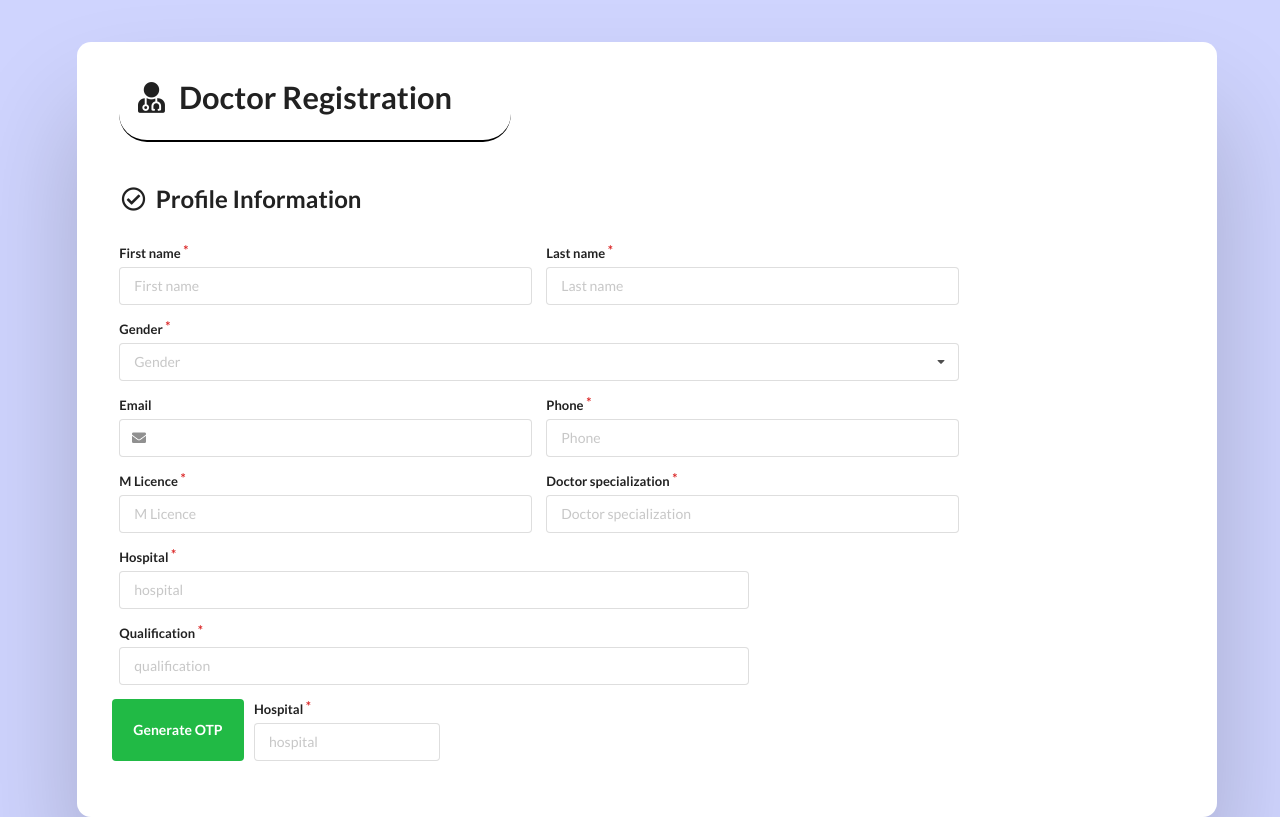
Repository: ajayaj2001/healthcare-digitization
Page: /doctorRegister
An editor plug-in stored every save of this project. The page is shown before and after the next save, followed by the edit.
The browser window is 1280 px wide. The pictures show the whole page.
The project was rebuilt for these pictures with package versions that can differ from the ones it lists, and the page was loaded fresh each time. Also part of the build but not shown: src/component/userType/UserType.scss, src/component/userType/UserType.js, src/component/login/Login.scss, src/component/login/loginForm/LoginForm.scss, src/component/login/loginForm/LoginForm.js, src/component/login/Login.js, src/component/register/Register.scss, src/component/register/registerForm/RegisterForm.scss and 2 more.

Above is the page before, as saved 2021-03-13 12:15:15.

After the next save:
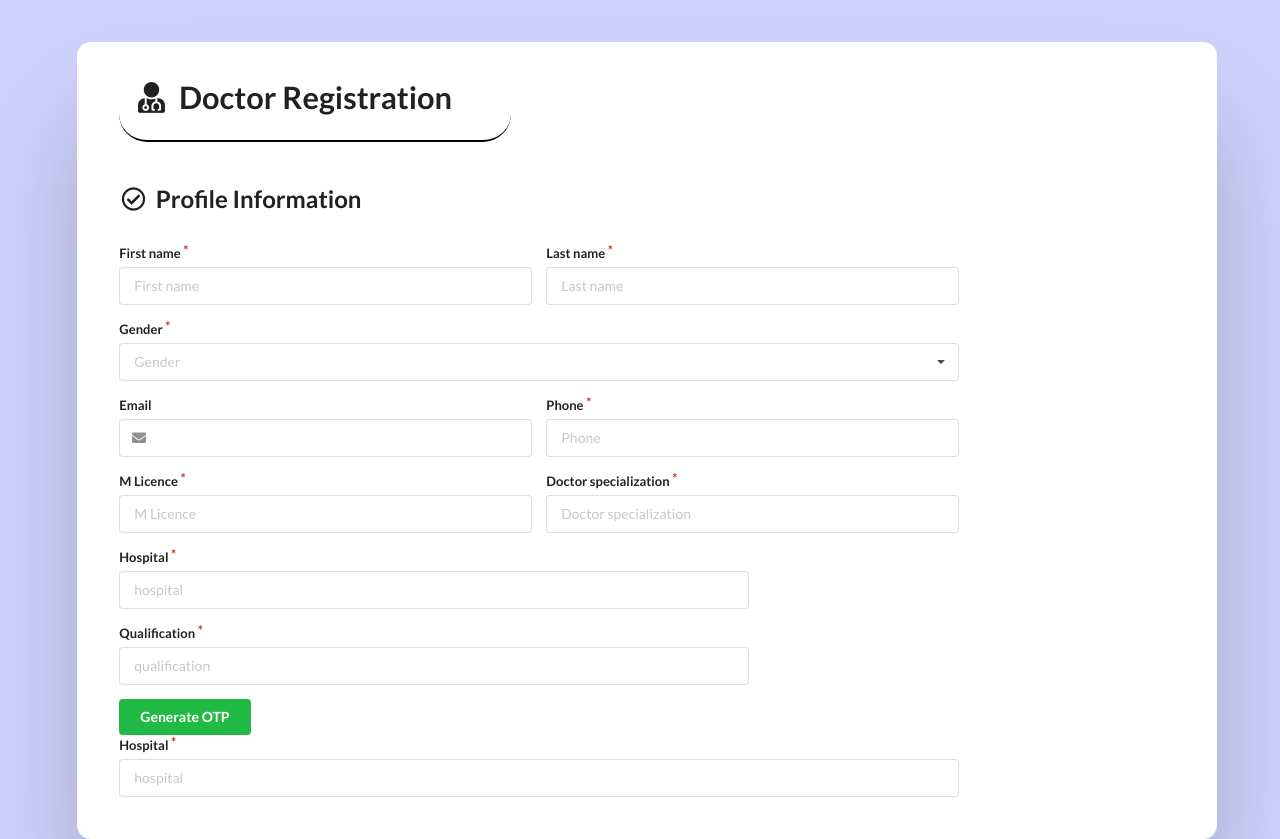
Saved 41 s later.
--- a/src/component/doctorRegister/doctorRegisterForm/DoctorRegisterForm.js
+++ b/src/component/doctorRegister/doctorRegisterForm/DoctorRegisterForm.js
@@ -62,10 +62,10 @@
     </Form.Group>
     <Form.Input label='Hospital' placeholder='hospital' required  width={12}/>
     <Form.Input label='Qualification' placeholder='qualification' required width={12}/>
-    <Form.Group>
+    {/* <Form.Group> */}
     <Button positive onClick={event=>generateOtp(event)}>Generate OTP</Button>
     <Form.Input label='Hospital' placeholder='hospital' required/>
-    </Form.Group>
+    {/* </Form.Group> */}
   </Form>
         </div>
     )

After the save that followed:
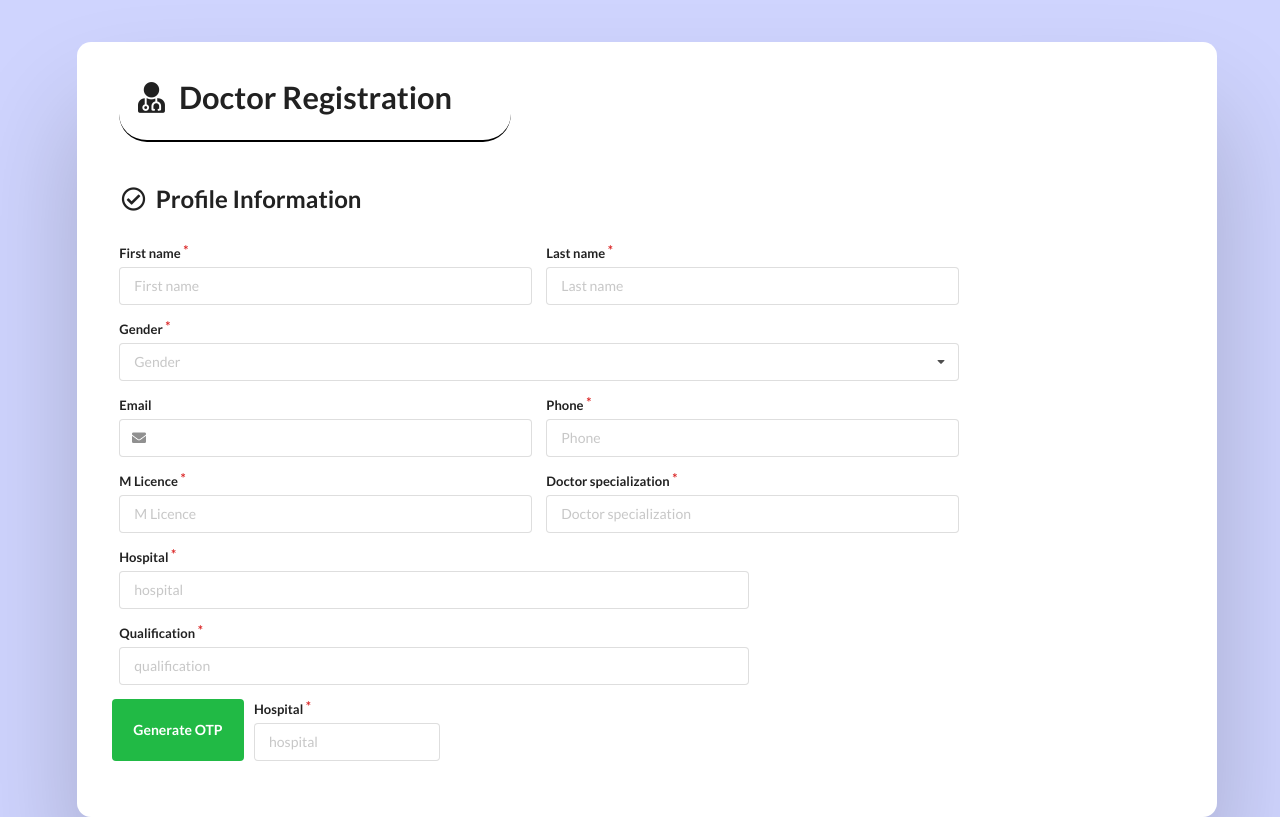
Saved 6 s later.
--- a/src/component/doctorRegister/doctorRegisterForm/DoctorRegisterForm.js
+++ b/src/component/doctorRegister/doctorRegisterForm/DoctorRegisterForm.js
@@ -62,10 +62,10 @@
     </Form.Group>
     <Form.Input label='Hospital' placeholder='hospital' required  width={12}/>
     <Form.Input label='Qualification' placeholder='qualification' required width={12}/>
-    {/* <Form.Group> */}
+    <Form.Group>
     <Button positive onClick={event=>generateOtp(event)}>Generate OTP</Button>
     <Form.Input label='Hospital' placeholder='hospital' required/>
-    {/* </Form.Group> */}
+    </Form.Group>
   </Form>
         </div>
     )
